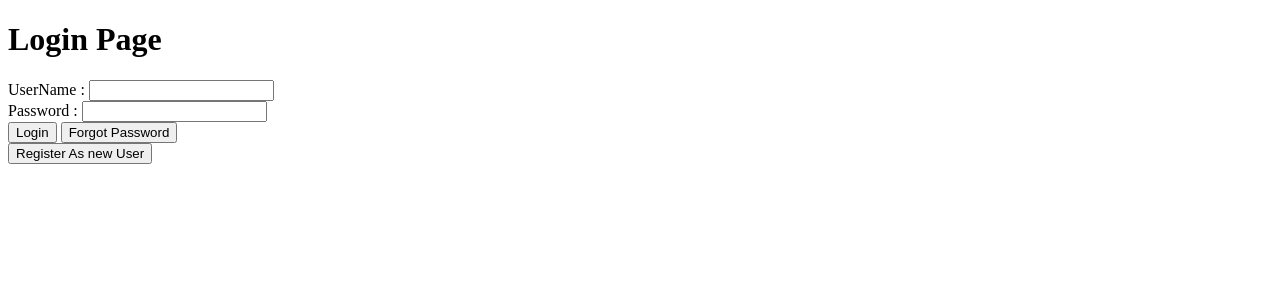
Repository: devgpta19/CDAC-Assignments
Page: http://localhost/ProductsAndUsersUsingJSPAndServlet/
An editor plug-in stored every save of this project. The page is shown before and after a run of saves, followed by the edit.
The browser window is 1280 px wide. The pictures show the whole page.
The page is served by Tomcat 9.

Above is the page before, as saved 2025-11-27 02:54:18.

After the next 2 saves:
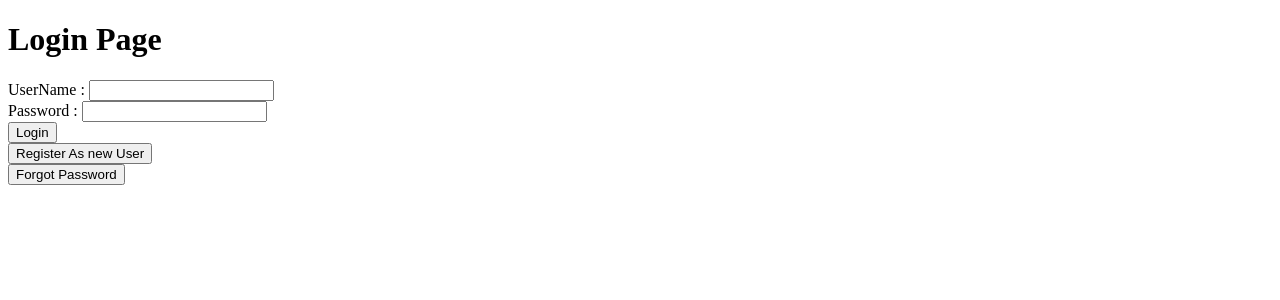
The 2 saves are shown as one change because they came seconds apart.
The last was saved 81 s later.
--- a/Adv.Java/Day6-8/ProductsAndUsersUsingJSPAndServlet/src/main/webapp/Login.jsp
+++ b/Adv.Java/Day6-8/ProductsAndUsersUsingJSPAndServlet/src/main/webapp/Login.jsp
@@ -13,13 +13,14 @@
 		Password : <input type="password" name="pwd" id="pwd" /><br>
 		<button type="submit" name="btn" id="btn" value="addUser">Login</button>
 
-		<button type="submit" name="btn" id="btn" value="forgotPage">Forgot
-			Password</button>
 	</form>
 	<form action="Register.jsp">
 		<button type="submit" name="btn" id="btn" value="registerPage">Register
 			As new User</button>
 	</form>
-	<form action="ForgotPass.jsp"></form>
+	<form action="ForgotPass.jsp">
+		<button type="submit" name="btn" id="btn" value="forgotPage">Forgot
+			Password</button>
+	</form>
 </body>
 </html>
